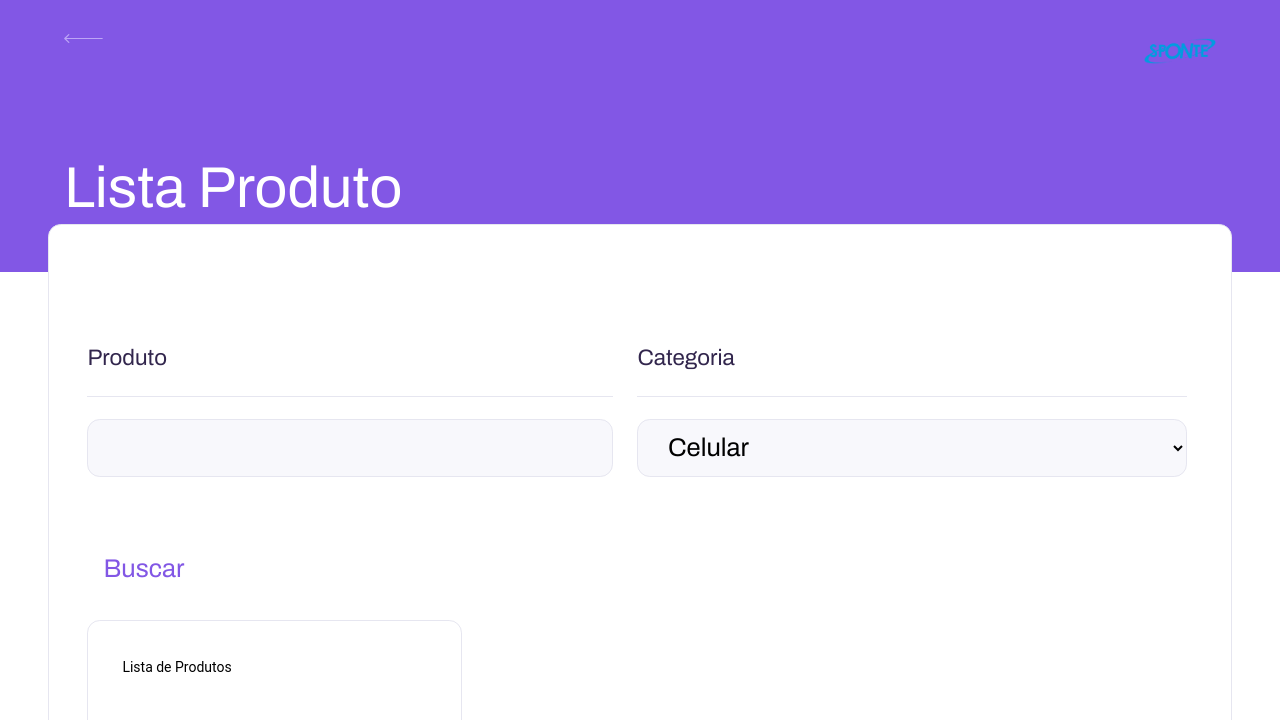
Repository: Henrique-Hoi-Dev/avalia-o-front-end
Page: /list (app in web/)
These files come from the project's save history. The page is drawn as it stood at one moment and after the next save; the edit follows.
The browser window is 1280 px wide. The pictures show the whole page.
An inner scrolling area shows only its first screen. The project was rebuilt for these pictures with package versions that can differ from the ones it lists, and the page was loaded fresh each time. Also part of the build but not shown: web/src/pages/Home/styles.js, web/src/pages/Home/index.js, web/src/services/api.js, web/src/pages/RegistrationProduct/styles.js, web/src/components/HeaderRecord/styles.js, web/src/components/HeaderRecord/index.js, web/src/pages/RegistrationProduct/Avatarinput/styles.js, web/src/pages/RegistrationProduct/Avatarinput/index.js and 1 more.

Above is the page before, as saved 2020-09-02 21:41:11.

After the next save:
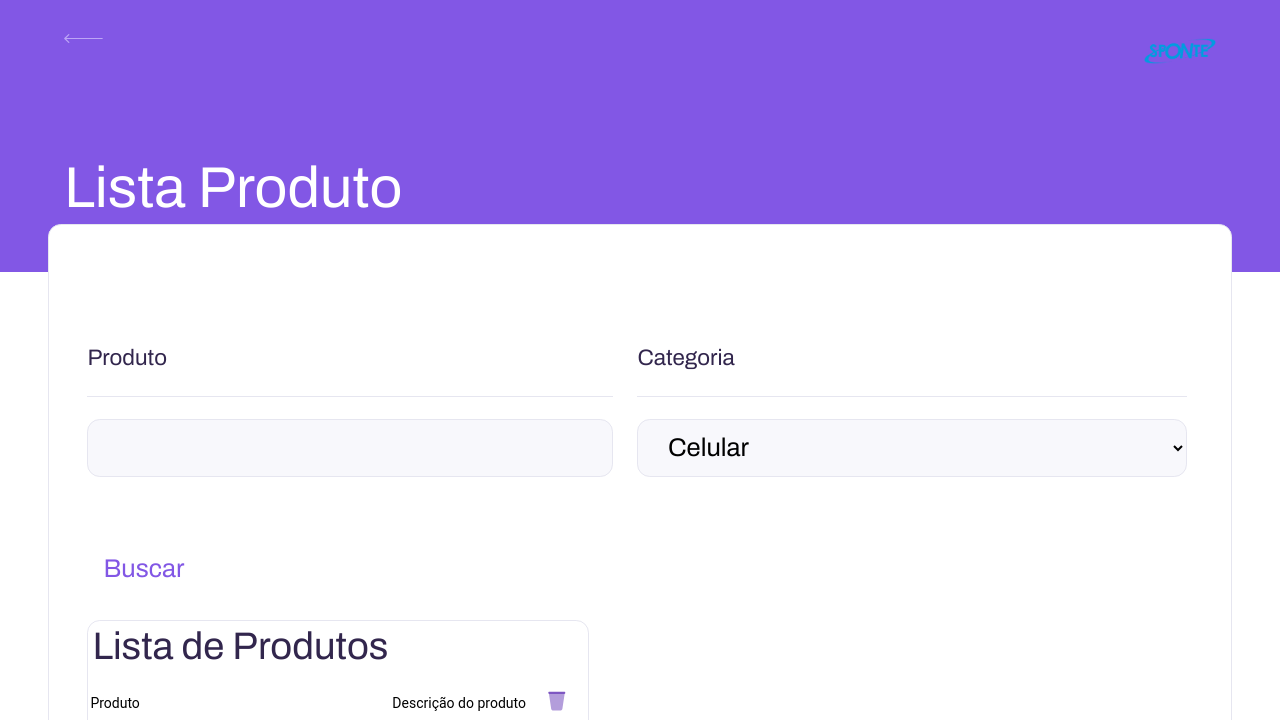
Saved 70 s later.
--- a/web/src/pages/ListProduct/styles.js
+++ b/web/src/pages/ListProduct/styles.js
@@ -77,9 +77,9 @@ export const Container = styled.div`
     margin-top: 1.4rem;
 
     thead {
-      padding: 2.2rem 2rem;
-      display: flex;
-      align-items: center;
+      font: 700 2.4rem Archivo;
+      display: block;
+      color: var(--color-text-title);
     }
 
     tbody {
